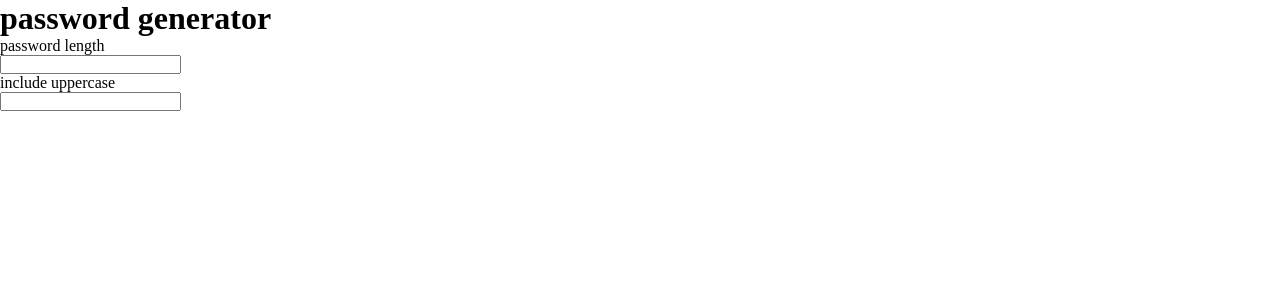
Repository: Eugene44-hub/password-generator
Page: index.html
An editor plug-in stored every save of this project. The page is shown before and after the next save, followed by the edit.
The browser window is 1280 px wide. The pictures show the whole page.

Above is the page before, as saved 2021-09-23 10:16:34.

After the next save:
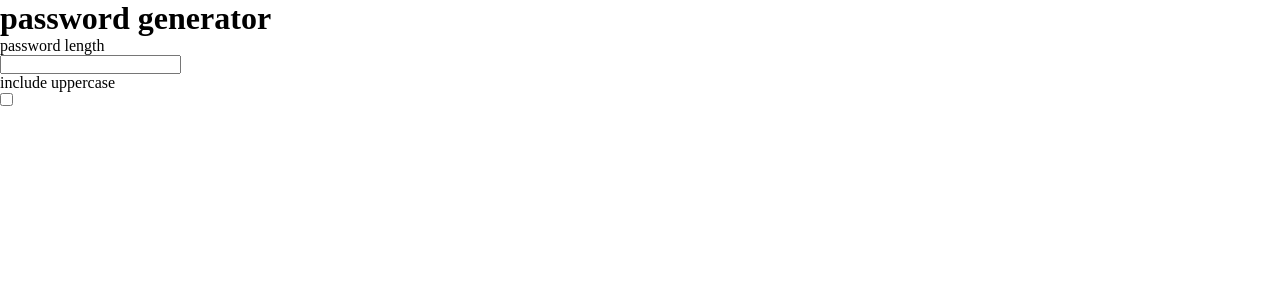
Saved 6 s later.
--- a/index.html
+++ b/index.html
@@ -18,7 +18,7 @@
         <div class="select-options">
             <p>password length</p>
             <input type="number">
-            <p>include uppercase</p><input type="text">
+            <p>include uppercase</p><input type="checkbox">
         </div>
     </div>
     <script src="app.js"></script>
